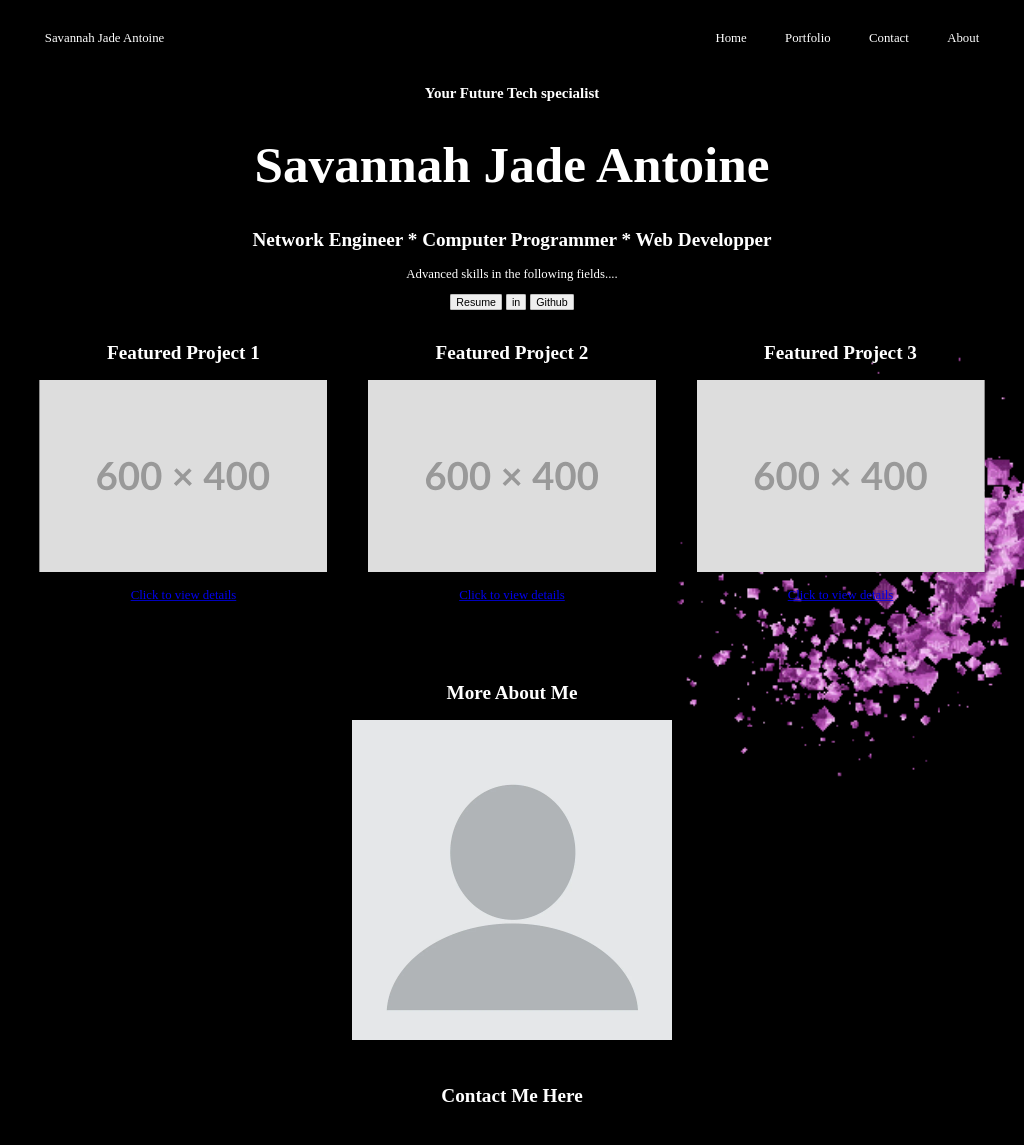
Repository: Savannah-Antoine/Savannah-Antoine
Page: index.html
An editor plug-in stored every save of this project. The page is shown before and after the next save, followed by the edit.
The browser window is 1280 px wide. The pictures show the whole page, at 80% of full size.

Above is the page before, as saved 2026-05-15 12:34:45.

After the next save:
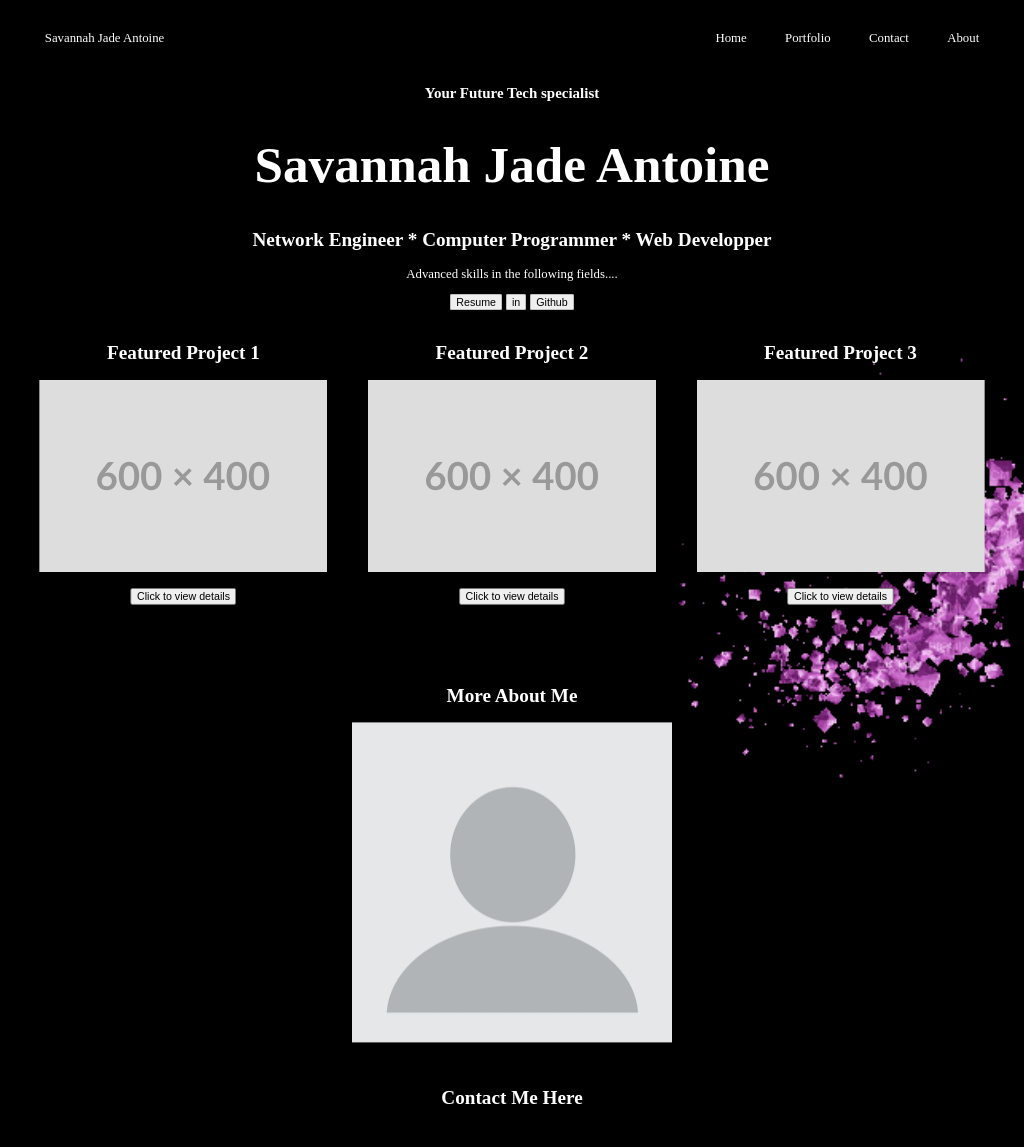
Saved 2 min 9 s later.
--- a/index.html
+++ b/index.html
@@ -35,19 +35,19 @@
 
 <h2>Featured Project 1</h2>
 <img src = "./assets/images/placeholder1.svg" alt = "First Portfolio placeholder image" />
-<p><a href = "./pages/project-name-1.html">Click to view details</a></p>
+<p><a href = "./pages/project-name-1.html"><button>Click to view details</button></a>
 </section>
 
 
 <section class = "project-card">
 <h2>Featured Project 2</h2>
 <img src = "./assets/images/placeholder1.svg" alt = "Second Portfolio placeholder image" />
-<p><a href = "./pages/project-name-2.html">Click to view details</a></p>
+<p><a href = "./pages/project-name-2.html"><button>Click to view details</button></a>
 </section>
 <section class = "project-card">
 <h2>Featured Project 3</h2>
 <img src = "./assets/images/placeholder1.svg" alt = "Third Portfolio placeholder image" />
-<p><a href = "./pages/project-name-3.html">Click to view details</a></p>
+<p><a href = "./pages/project-name-3.html"><button>Click to view details</button></a>
 </section>
 
 <section id = "AboutMe" class = "aboutMe">
